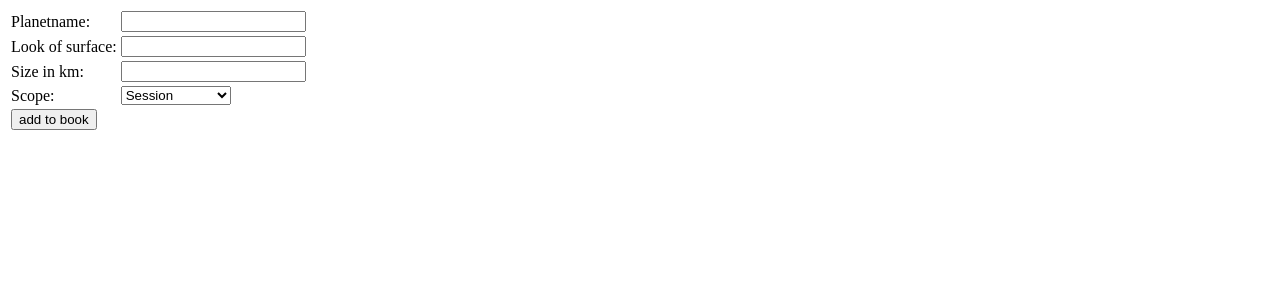
Repository: davidm15/FirstServlet
Page: http://localhost/Planetbook/
The author's editor kept a copy of each file at every save. The page is drawn from the files as they stood at one save, then again after the next save.
The browser window is 1280 px wide. The pictures show the whole page.
The page is served by Tomcat 9. Other server files are loaded and not shown.

Above is the page before, as saved 2017-03-19 12:33:52.

### Planetbook/WebContent/index.jsp
<!DOCTYPE html>
<html>
<head>
<meta charset="UTF-8">
<title>Insert title here</title>
</head>
<body>

	<form method="post" action="planet">

		<table>
			<tr>
				<td>Planetname:</td>
				<td><input type="text" name="name"></td>
			</tr>
			<tr>
				<td>Look of surface:</td>
				<td><input type="text" name="surface"></td>
			</tr>
			<tr>
				<td>Size in km:</td>
				<td><input type="number" name="size"></td>
			</tr>

			<tr>
				<td>Scope:</td>
				<td><select name="scope">
						<option value="session">Session</option>
						<option value="servletContext">ServletContext</option>
				</select></td>
			</tr>
			<tr>
				<td colspan="2"><input type="submit" name="submit"
					value="add to book"></td>
			</tr>

		</table>

	</form>

</body>
</html>

After the next save:
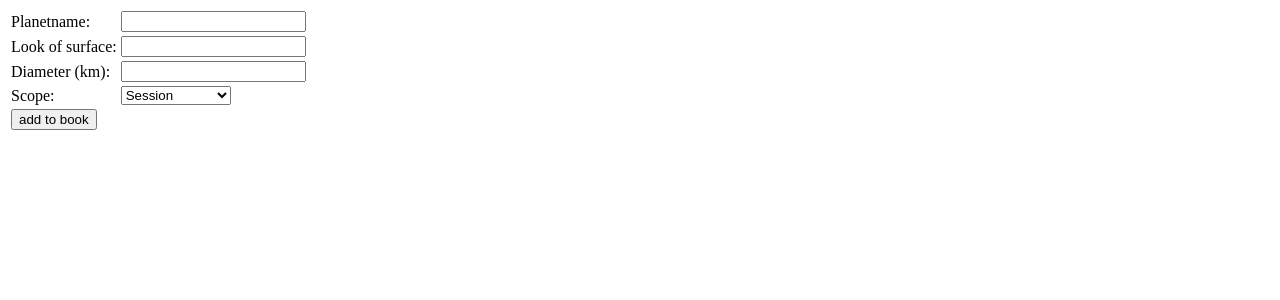
Saved 16 s later.
--- a/Planetbook/WebContent/index.jsp
+++ b/Planetbook/WebContent/index.jsp
@@ -18,7 +18,7 @@
 				<td><input type="text" name="surface"></td>
 			</tr>
 			<tr>
-				<td>Size in km:</td>
+				<td>Diameter (km):</td>
 				<td><input type="number" name="size"></td>
 			</tr>
 
